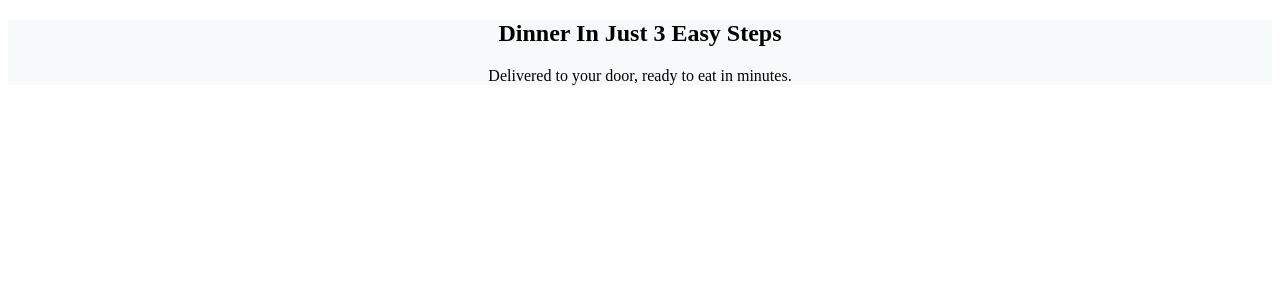
Repository: ST-United-Internship/leadpage
Page: card-UI.html
An editor plug-in stored every save of this project. The page is shown before and after the next save, followed by the edit.
The browser window is 1280 px wide. The pictures show the whole page.

Above is the page before, as saved 2023-03-15 14:48:06.

### card-UI.html
<!DOCTYPE html>
<html lang="en">
<head>
    <meta charset="UTF-8">
    <meta http-equiv="X-UA-Compatible" content="IE=edge">
    <meta name="viewport" content="width=device-width, initial-scale=1.0">
    <title>Document</title>
    <link rel="stylesheet" href="css/card-UI.css">
    <link rel="stylesheet" href="css/common.css">
    <link rel="stylesheet" href="https://use.fontawesome.com/releases/v5.15.4/css/all.css" integrity="sha384-DyZ88mC6Up2uqS4h/KRgHuoeGwBcD4Ng9SiP4dIRy0EXTlnuz47vAwmeGwVChigm" crossorigin="anonymous"/>
</head>
<body>
        <section>
            <!--begin title-->
            <div class="about">
                <div class="columm">
                    <div class="title-text">
                        <h2>Dinner In Just 3 Easy Steps</h2>
                        <p>Delivered to your door, ready to eat in minutes.</p>
                    </div>
                </div>
            </div>
            <!--begin card-->
            <div>

            </div>
        </section>
</body>
</html>

### css/card-UI.css
section{
    background: #f7fafa;
    /* padding: 90px 0 100px 0; */
}

.about{
    background-color: #f7fafa;
}

.about .columm{
    /* display: flex; */
    flex-wrap: wrap;
    /* margin-right: -15px;
    margin-left: -15px; */
}
.about .columm .title-text{
    text-align: center;
}

### css/common.css
.container {
  max-width: 80%;
  margin: auto;
  border: 1px solid blue;
}
.card {
  width: 400px;
}
.space-vertical {
  padding: 20px 0;
}

.space-horizontal {
  padding: 0 20px;
}

*,
**,
*::before,
*::after {
  box-sizing: border-box;
}

After the next save:
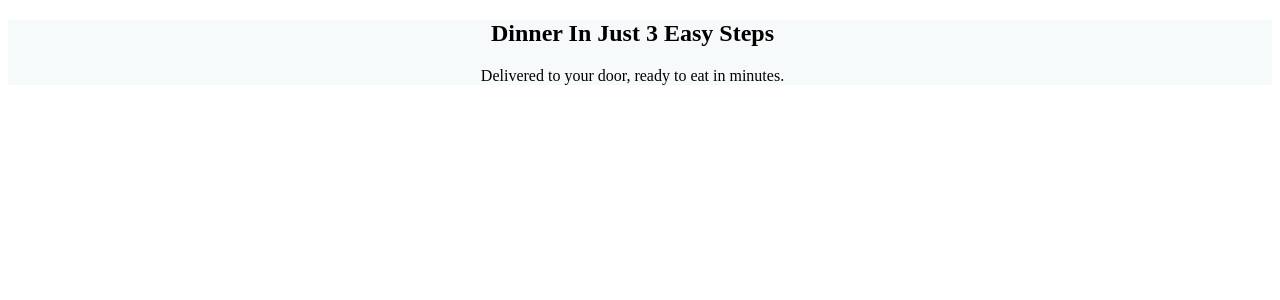
Saved 4 s later.
--- a/css/card-UI.css
+++ b/css/card-UI.css
@@ -10,7 +10,7 @@ section{
 .about .columm{
     /* display: flex; */
     flex-wrap: wrap;
-    /* margin-right: -15px;
+    /* /* margin-right: -15px; */
     margin-left: -15px; */
 }
 .about .columm .title-text{
